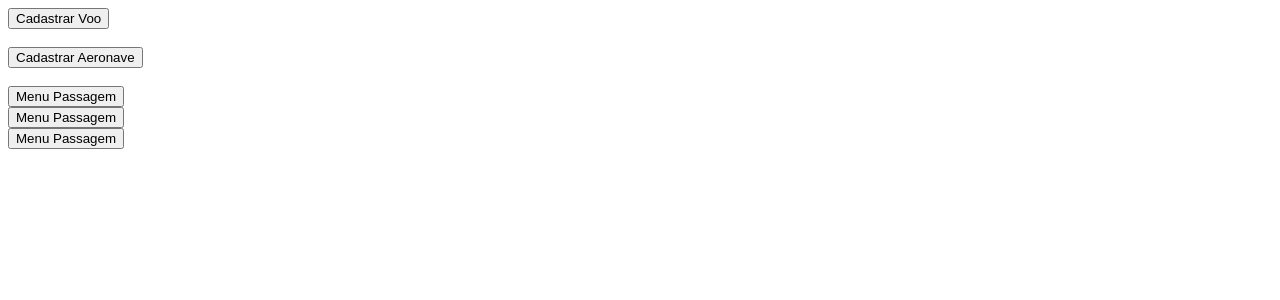
Repository: leal554/ProjetoVendaPassagemAereaWEB
Page: http://localhost/ProjetoVendaPassagemAereaWEB/MenuPassagem.jsp
An editor plug-in stored every save of this project. The page is shown before and after the next save, followed by the edit.
The browser window is 1280 px wide. The pictures show the whole page.
The page is served by Tomcat 9.

Above is the page before, as saved 2015-10-15 23:16:59.

After the next save:
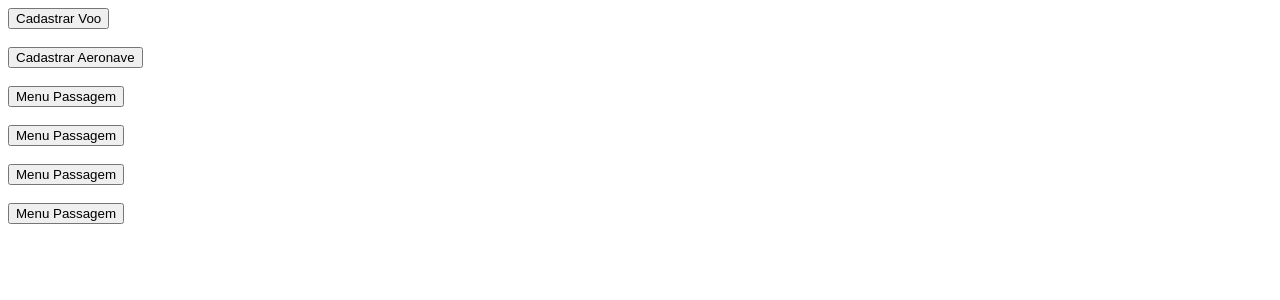
Saved 15 s later.
--- a/ProjetoVendaPassagemAereaWEB/WebContent/MenuPassagem.jsp
+++ b/ProjetoVendaPassagemAereaWEB/WebContent/MenuPassagem.jsp
@@ -18,11 +18,18 @@
 	<div>
 		<button onclick="window.location.href='./MenuPassagem.jsp'">Menu Passagem</button>
 	</div>
+	<br>
 	<div>
 		<button onclick="window.location.href='./MenuPassagem.jsp'">Menu Passagem</button>
 	</div>
+	<br>
 	<div>
 		<button onclick="window.location.href='./MenuPassagem.jsp'">Menu Passagem</button>
 	</div>
+	<br>
+	<div>
+		<button onclick="window.location.href='./MenuPassagem.jsp'">Menu Passagem</button>
+	</div>
+
 </body>
 </html>
